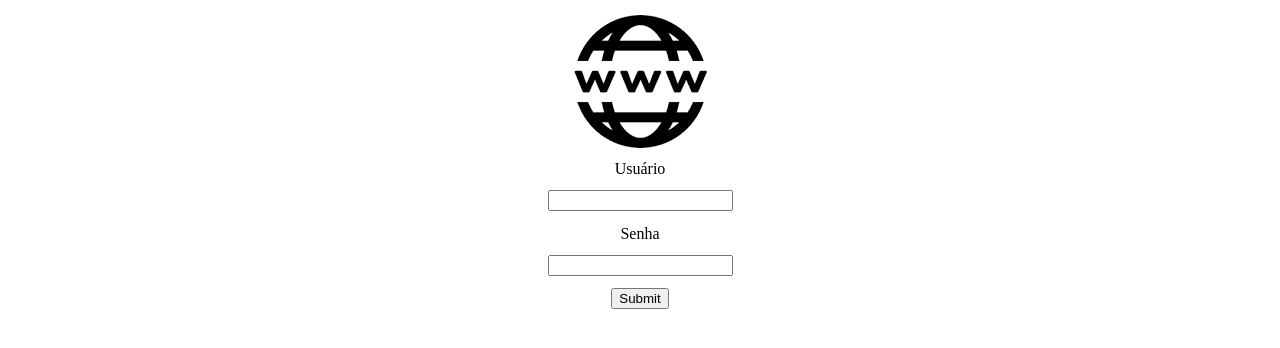
Repository: leonerdy-666/Estudos
Page: http://localhost/JavaWeb/Site.jsp
The author's editor kept a copy of each file at every save. The page is drawn from the files as they stood at one save, then again after the next save.
The browser window is 1280 px wide. The pictures show the whole page.
The page is served by Tomcat 9.

Above is the page before, as saved 2023-04-10 23:24:43.

After the next save:
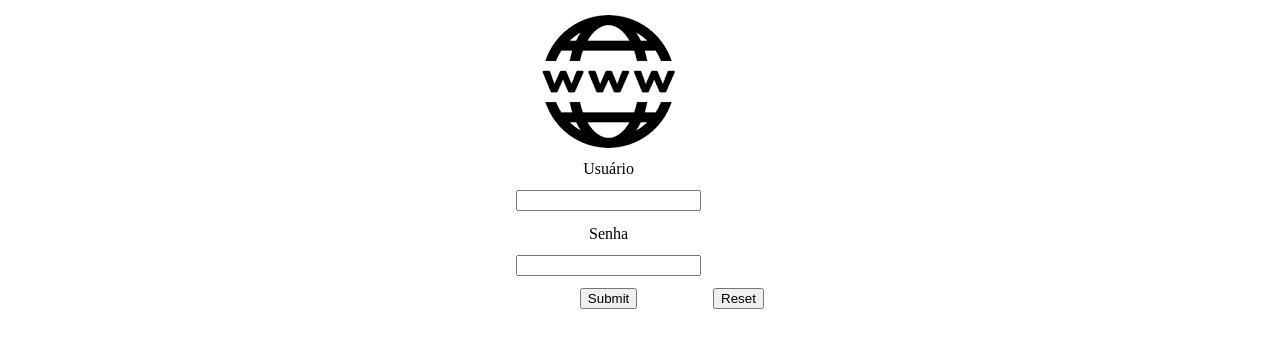
Saved 5 min 14 s later.
--- a/Udemy/Projeto/JavaWeb/src/main/webapp/Site.jsp
+++ b/Udemy/Projeto/JavaWeb/src/main/webapp/Site.jsp
@@ -29,6 +29,7 @@
 			</tr>
 			<tr>
 				<td colspan="2" align="center"><input type="submit"></td>
+				<td colspan="2" align="center"><input type="reset"></td>
 			</tr>
 		</table>
 	</form>
